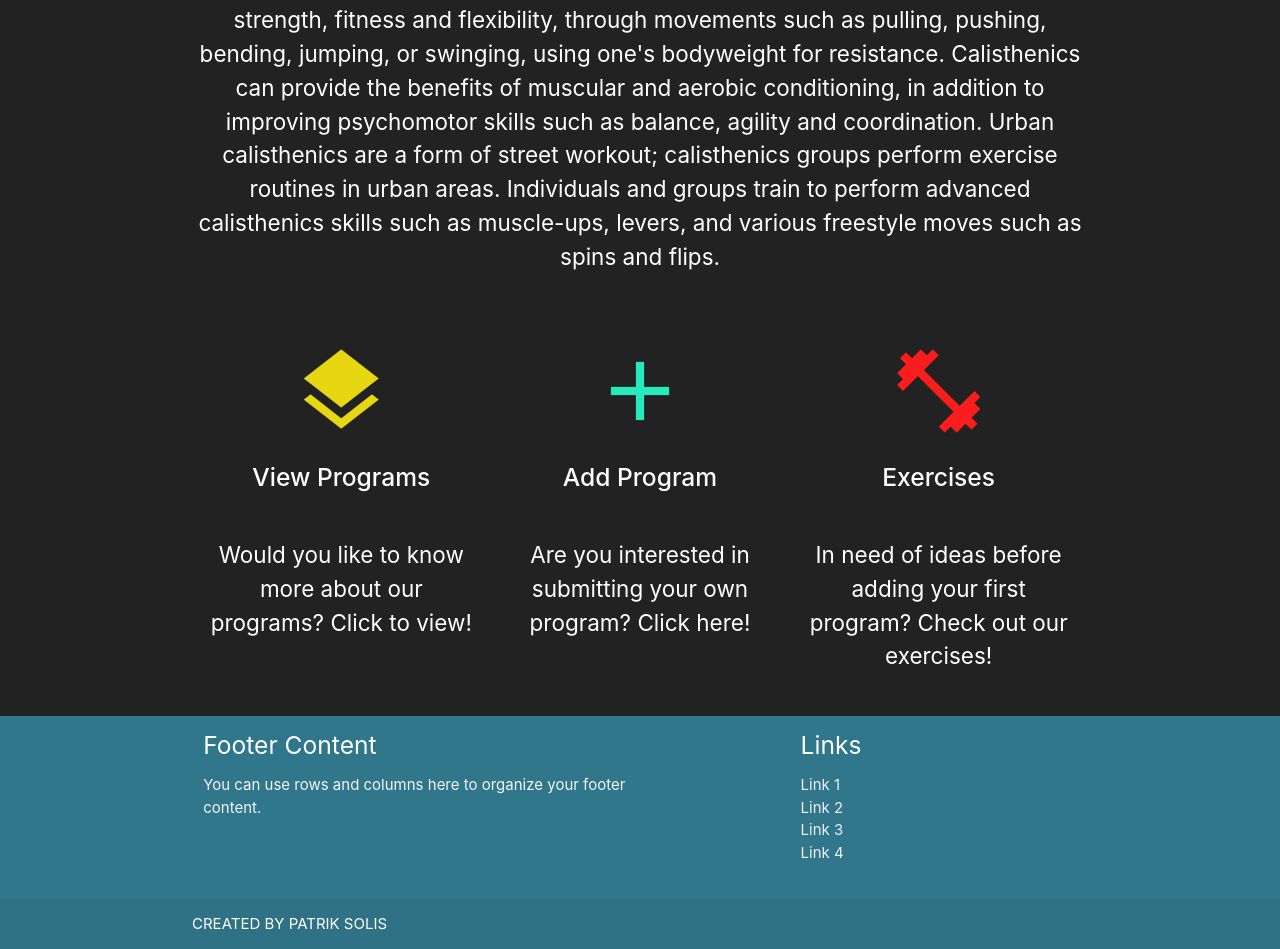
Repository: Ario124/calisthenics-project
Page: http://localhost/
The author's editor kept a record of every edit. The page is drawn from the files as they stood at one moment, then again after the next edit.
The browser window is 1280 px wide. The pictures show the part of the page from y = 1045 to 1997 px (the page is 1994 px tall before and 1997 px after).
The page is served by the project's application, run on Flask 3 (app.py).

Above is the page before.

### templates/index.html
{% extends 'base.html' %} {% block content %}

<div class="video-container">
    <iframe src="///www.youtube.com/embed/FHBtLAvNGo4?start=14&end=103&controls=0&showinfo=0&rel=0&autoplay=1&loop=1&playlist=FHBtLAvNGo4&mute=1" frameborder="0" allowfullscreen></iframe>
</div>


<div class="container">
    <div class="col s12 center">
        <h2 class="center expert_title">What is Calisthenics?</h2>

        <p class="flow-text">
            Calisthenics is a form of exercise consisting of a variety of movements which exercise large muscle groups (gross motor movements), such as running, standing, grasping, pushing, etc. These exercises are often performed rhythmically and with minimal equipment,
            as bodyweight exercises.<span class="hide-on-med-and-down"> They are intended to increase strength, fitness and flexibility, through
                                    movements such as pulling, pushing, bending, jumping, or swinging, using one's bodyweight for resistance. Calisthenics can provide
                                    the benefits of muscular and aerobic conditioning, in addition to improving psychomotor skills such as balance, agility and coordination.

                                    Urban calisthenics are a form of street workout; calisthenics groups perform exercise routines in urban areas.
                                    Individuals and groups train to perform advanced calisthenics skills such as muscle-ups, levers, and various freestyle moves such as spins and flips.</span>

        </p>

        <ul class="hide-on-large-only collapsible">
            <li>
                <div class="collapsible-header"><i class="material-icons center-icon-read-more">info_outline</i>Read More</div>
                <div class="collapsible-body flow-text"><span>They are intended to increase strength, fitness and flexibility, through
                                    movements such as pulling, pushing, bending, jumping, or swinging, using one's bodyweight for resistance. Calisthenics can provide
                                    the benefits of muscular and aerobic conditioning, in addition to improving psychomotor skills such as balance, agility and coordination.

                                    Urban calisthenics are a form of street workout; calisthenics groups perform exercise routines in urban areas.
                                    Individuals and groups train to perform advanced calisthenics skills such as muscle-ups, levers, and various freestyle moves such as spins and flips.</span></div>
            </li>
        </ul>
    </div>
    <div class="center-align row">

        <div class="col s4">
            <div class="section">
            <a href="{{url_for('get_programs')}}"><i class="material-icons icon-size icon-color">layers</i></a>
            <h5><strong>View Programs</strong></h5></div>
            <p class="flow-text">Would you like to know more about our programs? Click to view!</p>
        </div>
        <div class="col s4">
            <div class="section">
            <a href="{{url_for('add_program')}}"> <i class="material-icons icon-size icon-color2">add</i></a>
            <h5><strong>Add Program</strong></h5></div>
            <p class="flow-text">Are you interested in submitting your own program? Click here!</p>
        </div>
        <div class="col s4">
            <div class="section">
            <a href="{{url_for('exercises')}}"> <i class="material-icons icon-size icon-exercises">fitness_center</i></a>
            <h5><strong>Exercises</strong></h5>
            </div>
            <p class="flow-text pad-this">In need of ideas before adding your first program? Check out our exercises!</p>
        </div>

    </div>
</div>

{% endblock %}

### templates/base.html
<!DOCTYPE html>
<html lang="en">
<head>
    <meta charset="UTF-8">
    <meta name="viewport" content="width=device-width, initial-scale=1">
    <link href="https://fonts.googleapis.com/icon?family=Material+Icons" rel="stylesheet">
    <link rel="stylesheet" href="https://cdnjs.cloudflare.com/ajax/libs/materialize/1.0.0/css/materialize.min.css">
    <link rel="stylesheet" href="{{url_for('static', filename="css/main.css")}}" type="text/css" />

    <title>Calisthenics Project</title>
    <link rel="icon" href="https://d1ujqdpfgkvqfi.cloudfront.net/favicon-generator/htdocs/favicons/2019-09-19/50f3ab5b7a10e0ae0911c83435938cd6.ico.png">

</head>
<body>
    <header>

        <div id="navbar-test" class="navbar-fixed">
            <nav>
                <div class="nav-wrapper">
                    <a href="{{url_for('home')}}" class="brand-logo"><i class="material-icons nav-icon-pad">home</i></a>
                    <a href="{{url_for('home')}}" class="brand-logo center-align">Calisthenics</a>
                    <a href="#" data-target="mobile-demo" class="sidenav-trigger"><i class="material-icons">menu</i></a>
                    <ul class="right hide-on-med-and-down">
                        <li><a href="{{url_for('get_programs')}}">View Programs</a></li>
                        <li><a href="{{url_for('add_program')}}">Add Program</a></li>
                        <li><a href="{{url_for('exercises')}}">Exercises</a></li>
                        <li><a href="{{url_for('contact')}}">Contact Us</a></li>
                    </ul>
                </div>
            </nav>

            <ul class="sidenav" id="mobile-demo">
                <li><a class="sidenav-close" href="#!"><i class="material-icons">menu</i>Close</a></li>
                <li><a href="{{url_for('get_programs')}}">View Programs</a></li>
                <li><a href="{{url_for('add_program')}}">Add Program</a></li>
                <li><a href="{{url_for('exercises')}}">Exercises</a></li>
                <li><a href="{{url_for('contact')}}">Contact Us</a></li>
            </ul>
        </div>

    </header>



    {% block content %} {% endblock %}

    <script src="https://cdnjs.cloudflare.com/ajax/libs/jquery/3.4.1/jquery.min.js"></script>
    <script src="https://cdnjs.cloudflare.com/ajax/libs/materialize/1.0.0/js/materialize.min.js"></script>
    <script type="text/javascript">
        M.AutoInit()
    </script>
    <script>
        var prevScrollpos = window.pageYOffset;
window.onscroll = function() {
  var currentScrollPos = window.pageYOffset;
  if (prevScrollpos > currentScrollPos) {
    document.getElementById("navbar-test").style.top = "0";
  } else {
    document.getElementById("navbar-test").style.top = "-70px";
  }
  prevScrollpos = currentScrollPos;
}
    </script>

</body>
        <footer class="page-footer">
          <div class="container">
            <div class="row">
              <div class="col l6 s12">
                <h5 class="white-text">Footer Content</h5>
                <p class="grey-text text-lighten-4">You can use rows and columns here to organize your footer content.</p>
              </div>
              <div class="col l4 offset-l2 s12">
                <h5 class="white-text">Links</h5>
                <ul>
                  <li><a class="grey-text text-lighten-3" href="#!">Link 1</a></li>
                  <li><a class="grey-text text-lighten-3" href="#!">Link 2</a></li>
                  <li><a class="grey-text text-lighten-3" href="#!">Link 3</a></li>
                  <li><a class="grey-text text-lighten-3" href="#!">Link 4</a></li>
                </ul>
              </div>
            </div>
          </div>
          <div class="footer-copyright">
            <div class="container">
            CREATED BY PATRIK SOLIS
            <a target="_blank" href="https://github.com/Ario124"><i class="fa fa-github fa-2x"></i></a>
            </div>
          </div>
        </footer>

</html>

### app.py
import os
from flask import Flask, render_template, redirect, request, url_for
from flask_pymongo import PyMongo
from bson.objectid import ObjectId

app = Flask(__name__)


app.config["MONGO_DBNAME"] = 'calisthenics-project'
app.config["MONGO_URI"] = 'mongodb+srv://root:pasol005@myfirstcluster-qno2b.mongodb.net/calisthenics?retryWrites=true&w=majority'


mongo = PyMongo(app)

@app.route('/')
@app.route('/home')
def home():
    return render_template('index.html')

@app.route('/add_program')
def add_program():
    return render_template('add_program.html', categories =mongo.db.categories.find(), difficulty =mongo.db.difficulty.find())


@app.route('/categories')
def categories():
    return render_template('categories.html')

@app.route('/contact')
def contact():
    return render_template('contact.html')

@app.route('/get_programs')
def get_programs():
    return render_template('programs.html',
        training_programs=mongo.db.training_programs.find(), description =mongo.db.description.find())


@app.route('/insert_program', methods=['POST'])
def insert_program():
    training_programs = mongo.db.training_programs
    training_programs.insert_one(request.form.to_dict())
    return redirect(url_for('get_programs'))

@app.route('/edit_program/<program_id>')
def edit_program(program_id):
    _program = mongo.db.training_programs.find_one({"_id": ObjectId(program_id)})
    _categories = mongo.db.categories.find()
    _difficulty = mongo.db.difficulty.find()
    category_list = [category for category in _categories]
    difficulty_list = [difficult for difficult in _difficulty]
    return render_template('edit_program.html', program = _program, categories = category_list, difficulties = difficulty_list)


@app.route('/update_program/<program_id>', methods=['POST'])
def update_program(program_id):
    training_programs = mongo.db.training_programs
    training_programs.update({'_id': ObjectId(program_id)},
    {
        'category_name':request.form.get('category_name'),
        'difficulty_level':request.form.get('difficulty_level'),
        'program_name':request.form.get('program_name'),
        'exercise':request.form.get('exercise'),
        'exercise2':request.form.get('exercise2'),
        'exercise3':request.form.get('exercise3'),
        'sets_amount':request.form.get('sets_amount'),
        'sets_amount2':request.form.get('sets_amount2'),
        'sets_amount3':request.form.get('sets_amount3'),
        'reps_amount':request.form.get('reps_amount'),
        'reps_amount2':request.form.get('reps_amount2'),
         'reps_amount3':request.form.get('reps_amount3'),
        'equipment_required':request.form.get('equipment_required'),
        'description':request.form.get('description')
    })
    return redirect(url_for('get_programs'))

@app.route('/add_exercise')
def add_exercise():
    return render_template('add_exercise.html')


@app.route('/delete_program/<program_id>')
def delete_program(program_id):
    mongo.db.training_programs.remove({'_id': ObjectId(program_id)})
    return redirect(url_for('get_programs'))


@app.route('/exercises')
def exercises():
    return render_template('exercises.html')

if __name__ == '__main__':
    app.run(host=os.environ.get('IP'),
            port=int(os.environ.get('PORT')),
            debug=True)

### static/css/main.css
nav {
    background-color: #1d1717f7;

}

.brand-logo {
    font-size: 40px;
}

.video-container iframe, .video-container object, .video-container embed {
    position: absolute;
    top: 0;
    left: 0;
    width: 100%;
    height: 100%;

}


.circle {
    width: 36%;
}

.video-container {
    bottom: 0px;
    z-index: -4;
}

.collapsible-header {
background-color: transparent;
}

.icon-size {
    font-size: 80px;
    margin-top:15px;
}

.contoo {
    background-color: #212525e8;
    color: orange;
}

.program-header {
    margin-top: 5px;
}

.colored-title {
    color: #e85a13;
}

.icon-color {
    color: #e6d712;
}

.icon-color2 {
    color: #24eabe;
}

.btn-colored {
    background-color: #71c4d8e0;
}

.btn-colored:hover {
    background-color: #3196af;
}

.img-test {
    background-image: url("/static/images/Pushups.jpg");
}

.icon-exercises {
    font-size: 80px;
    margin-top:15px;
    color: #f91d1d;
}

.expert_title {
    font-size: 40px;
    margin-bottom: 30px;
    margin-top: 30px;
}
body {
    background-color: #222;
    color: white;
}

nav .brand-logo i, .hoomee {
    font-size: 40px;
}

.select-dropdown {
    color: white;
}

.select-dropdown li.disabled>span {
    color: white;
}

.select-dropdown:focus {
    color:white;
}

input {
    color:white;


}

.container {
    color:white;
}

textarea.materialize-textarea {
    color:white;
}

.dropdown-content {
    background-color: #313131;
}

.dropdown-content li>span {
    color:white;
}

.select-wrapper .caret {
    fill:white
}

.sidenav-overlay {
    opacity: 0 !important;
    position: relative;
}

        .nav-icon-pad {
 padding-left:220px;

}


            .flow-text {
        font-size: 1rem;
    }

.pad-this {
    padding-top: 24px;
}

.page-footer {
    background-color: #1d1717f7;
    padding-top: 0px;
}


.center-icon-read-more {
    margin-left:29%;
}









/* MEDIA QUERIES */



@media all and (min-width: 480px) and (max-width: 767px) {
    nav {
        background-color: #d0501ef7;
    }
            .flow-text {
        font-size: 2.1rem;
    }
}

@media all and (min-width: 768px) and (max-width: 1024px) {

    nav {
        background-color: #d01e1ef7;
    }

        .flow-text {
        font-size: 2.1rem;
    }

    .page-footer {
    background-color: #d01e1ef7;
    padding-top: 0px;
}

}


@media all and (min-width: 1024px) {

        nav .brand-logo {
            left: 43%;
        }

        nav {
            background-color: #317a90f7;
        }

            .page-footer {
    background-color: #317a90f7;
    padding-top: 0px;
}

        .nav-icon-pad {
 padding-left:190px;
}

            .flow-text {
        font-size: 1.5rem;
    }


.pad-this {
    padding-top: 0;
}

.video-container {
    bottom: 65px;
    z-index: -4;
}

.icon-size {
    font-size: 100px;
    margin-top:30px;
}
.icon-exercises {
    font-size: 100px;
    margin-top:30px;
}

.expert_title {
    font-size: 4.2rem;

}

}

After the next edit:
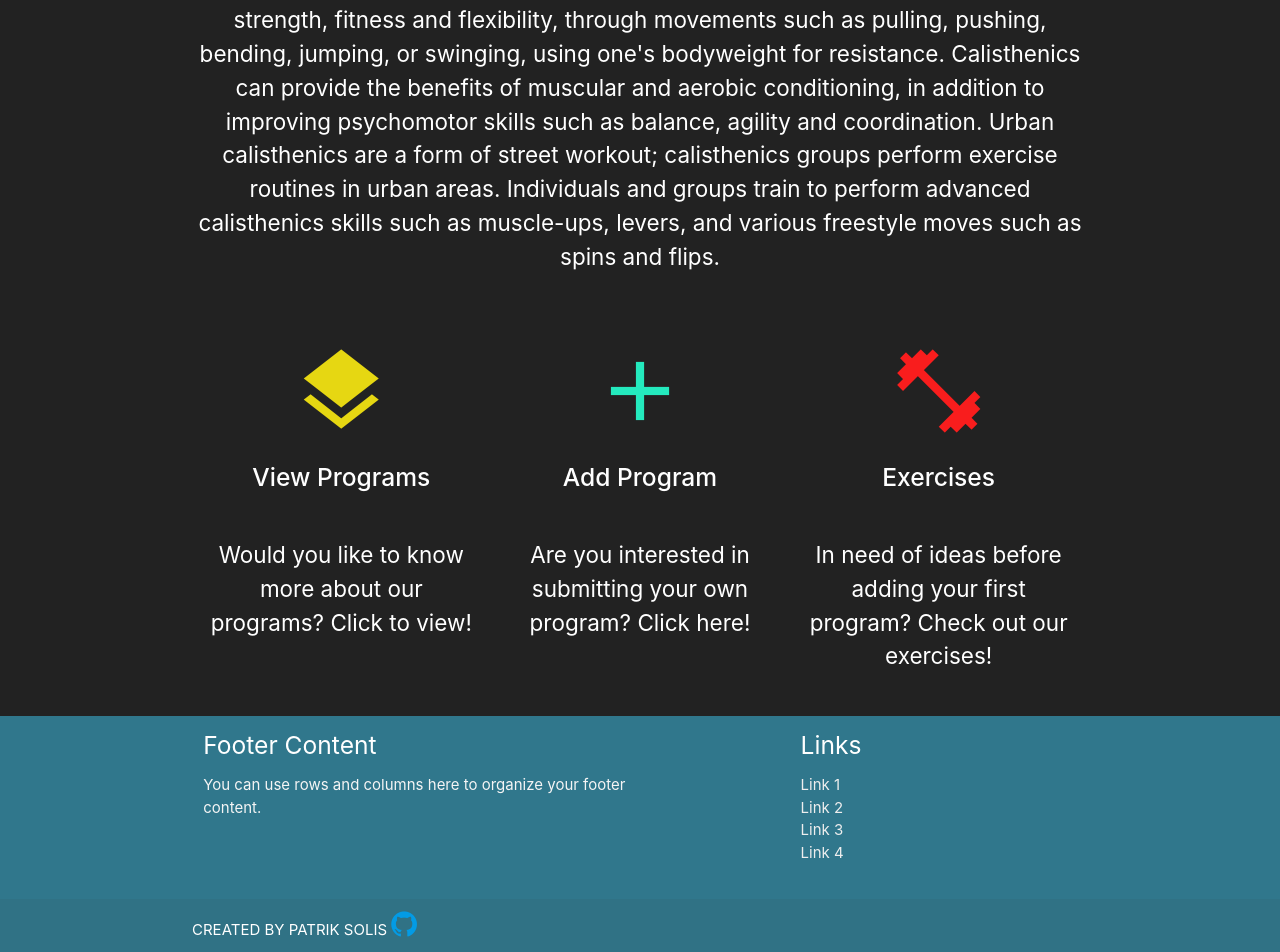
The edit:
--- a/templates/base.html
+++ b/templates/base.html
@@ -6,6 +6,7 @@
     <link href="https://fonts.googleapis.com/icon?family=Material+Icons" rel="stylesheet">
     <link rel="stylesheet" href="https://cdnjs.cloudflare.com/ajax/libs/materialize/1.0.0/css/materialize.min.css">
     <link rel="stylesheet" href="{{url_for('static', filename="css/main.css")}}" type="text/css" />
+    <link rel="stylesheet" href="https://maxcdn.bootstrapcdn.com/font-awesome/4.7.0/css/font-awesome.min.css" type="text/css" />
 
     <title>Calisthenics Project</title>
     <link rel="icon" href="https://d1ujqdpfgkvqfi.cloudfront.net/favicon-generator/htdocs/favicons/2019-09-19/50f3ab5b7a10e0ae0911c83435938cd6.ico.png">
